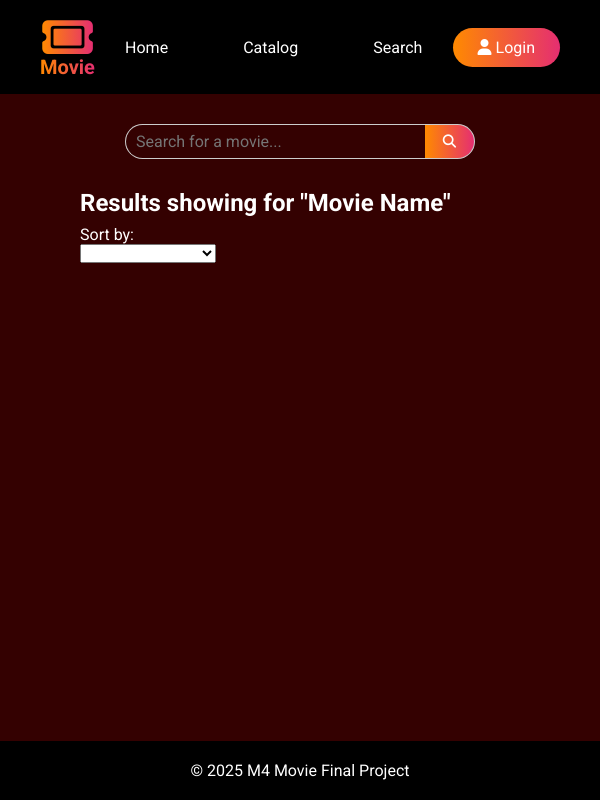
Repository: avivanguyen/m4_movie-FinalProject
Page: index.html
The author's editor kept a copy of each file at every save. The page is drawn from the files as they stood at one save, then again after a run of saves.
The browser window is 600 px wide. The pictures show the whole page.
Some web libraries are served in a nearby version.

Above is the page before, as saved 2025-12-30 17:16:36.

After the next 3 saves:
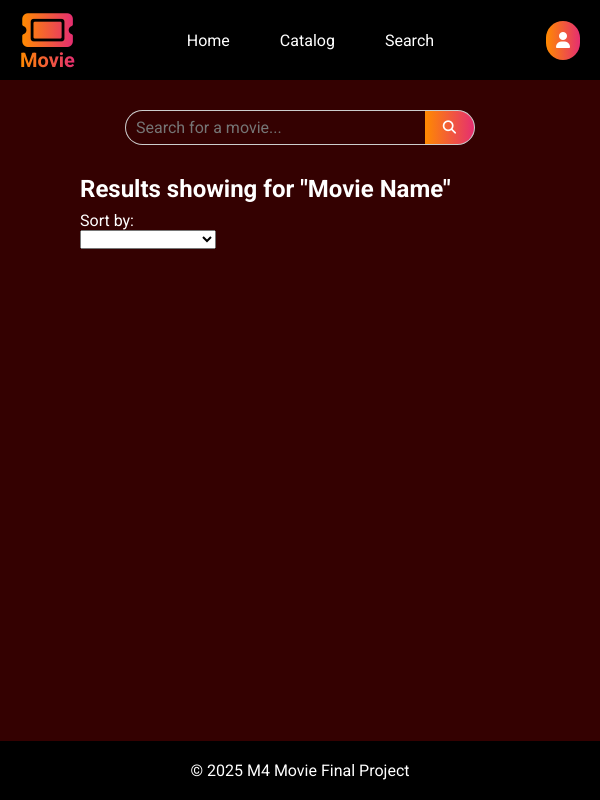
The 3 saves are shown as one change because they came seconds apart.
The last was saved 7 s later.
--- a/styles.css
+++ b/styles.css
@@ -346,6 +346,20 @@ RESPONSIVE STYLES
 }
 
 @media (max-width:725px) {
+    nav {
+        padding: 8px 20px;
+    }
+    .nav-links {
+        gap: 50px;
+    }
+
+    .login__text {
+        display: none;
+    }
+    .login button {
+        padding: 10px;
+    }
+
     .breadcrumb {
         margin-bottom: 8px;
     }
